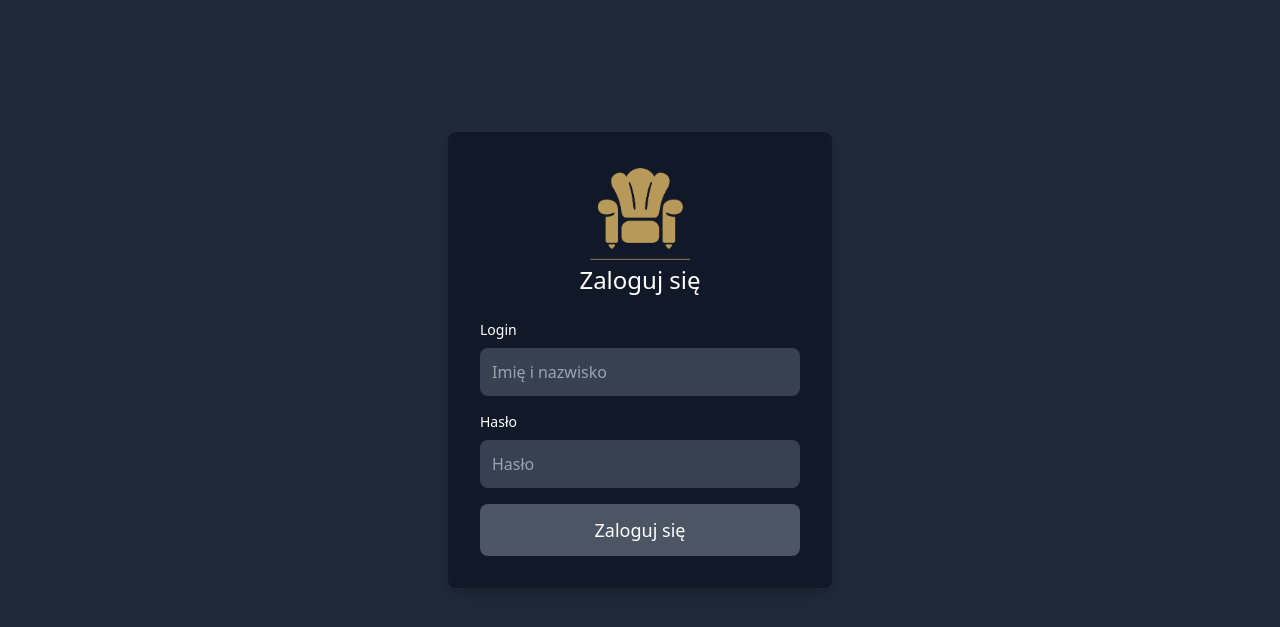
Repository: DaveCala/AplikacjaMeble
Page: http://localhost/login/login_form.php
These files come from the project's save history. The page is drawn as it stood at one moment and after the next save; the edit follows.
The browser window is 1280 px wide. The pictures show the whole page.
Some web libraries are served in a nearby version. The page is run by PHP 8.4 with error messages shown; the project is at /var/www/html/.

Above is the page before, as saved 2024-11-29 11:26:22.

After the next save:
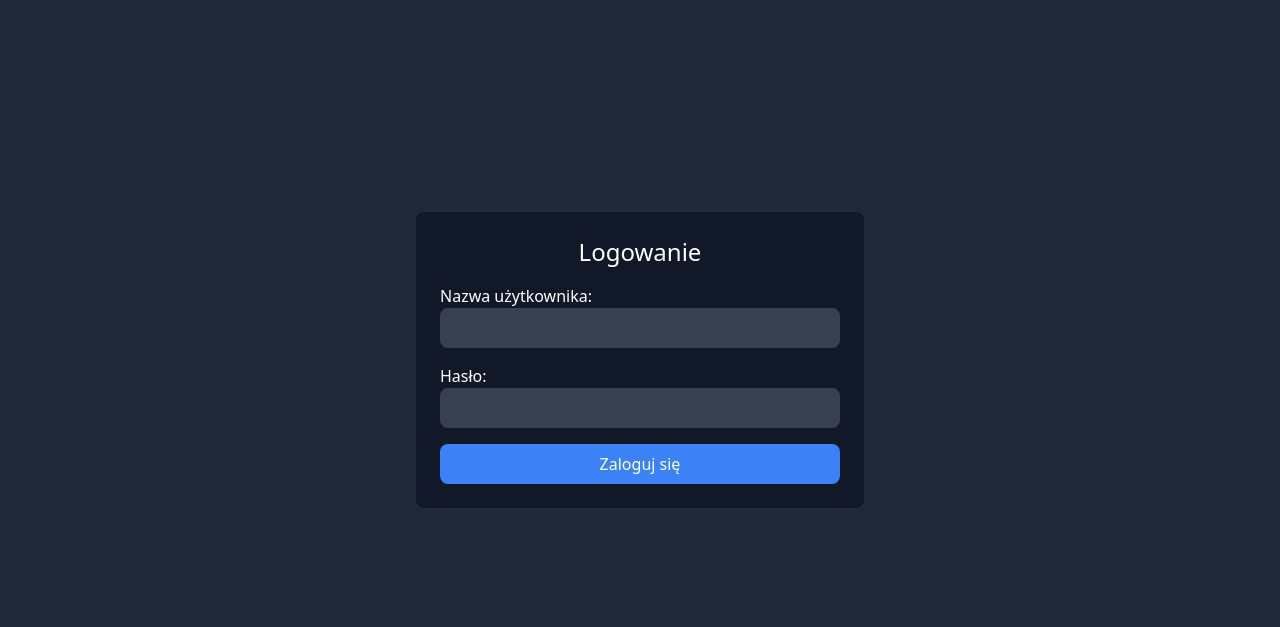
Saved 108 s later.
--- a/login/login_form.php
+++ b/login/login_form.php
@@ -1,47 +1,37 @@
 <!DOCTYPE html>
 <html lang="pl">
-
 <head>
     <meta charset="UTF-8">
     <meta name="viewport" content="width=device-width, initial-scale=1.0">
-    <title>Formularz logowania</title>
-    <link href="https://cdn.jsdelivr.net/npm/tailwindcss@2.2.19/dist/tailwind.min.css" rel="stylesheet">
+    <title>Logowanie</title>
+    <script src="https://cdn.tailwindcss.com"></script>
 </head>
+<body class="bg-gray-800 flex items-center justify-center min-h-screen">
 
-<body class="bg-gray-800 text-white flex justify-center items-center min-h-screen m-0">
+    <div class="bg-gray-900 p-6 rounded-lg w-full max-w-md">
+        <h1 class="text-white text-2xl mb-4 text-center">Logowanie</h1>
 
-    <!-- Wyświetlanie komunikatu o błędzie -->
-    <?php if (isset($_SESSION['error_message'])) : ?>
+        <!-- Wyświetlanie komunikatu o błędzie -->
+        <?php if (isset($_SESSION['error_message'])) : ?>
             <div class="bg-red-600 text-white py-2 px-4 rounded-lg mb-4">
                 <?php echo htmlspecialchars($_SESSION['error_message']); ?>
             </div>
             <?php unset($_SESSION['error_message']); // Usuwamy komunikat po wyświetleniu ?>
-    <?php endif; ?>
-
-    <form action="login.php" method="POST" class="bg-gray-900 p-8 rounded-lg shadow-lg w-full max-w-sm">
-        <div class="flex justify-center items-center">
-            <img src="../img/logo_beautysofa_24_pionowe.png" style="width: 100px; height: 100px; object-fit: contain;" alt="Logo BeautySofa">
-        </div>
-        <h2 class="text-2xl text-center mb-6">Zaloguj się</h2>
-
-        <label for="username" class="block text-sm mb-2">Login</label>
-        <input type="text" id="username" name="username" placeholder="Imię i nazwisko"
-            class="w-full p-3 mb-4 rounded-lg bg-gray-700 text-white placeholder-gray-400 focus:outline-none focus:ring-2 focus:ring-blue-500" required>
-
-        <label for="password" class="block text-sm mb-2">Hasło</label>
-        <input type="password" id="password" name="password" placeholder="Hasło"
-            class="w-full p-3 mb-4 rounded-lg bg-gray-700 text-white placeholder-gray-400 focus:outline-none focus:ring-2 focus:ring-blue-500" required>
-
-        <?php if (isset($_GET['error'])): ?>
-            <p class="text-red-500 text-sm mb-4">Nieprawidłowy login lub hasło!</p>
         <?php endif; ?>
 
-        <button type="submit"
-            class="w-full py-3 bg-gray-600 rounded-lg text-white text-lg hover:bg-gray-500 focus:outline-none focus:ring-2 focus:ring-blue-500">
-            Zaloguj się
-        </button>
-    </form>
+        <!-- Formularz logowania -->
+        <form method="POST" action="index.php">
+            <div class="mb-4">
+                <label for="username" class="block text-white">Nazwa użytkownika:</label>
+                <input type="text" name="username" id="username" class="w-full py-2 px-4 rounded-lg bg-gray-700 text-white" value="<?php echo isset($username) ? htmlspecialchars($username) : ''; ?>">
+            </div>
+            <div class="mb-4">
+                <label for="password" class="block text-white">Hasło:</label>
+                <input type="password" name="password" id="password" class="w-full py-2 px-4 rounded-lg bg-gray-700 text-white">
+            </div>
+            <button type="submit" class="w-full bg-blue-500 py-2 px-4 rounded-lg text-white hover:bg-blue-600">Zaloguj się</button>
+        </form>
+    </div>
 
 </body>
-
 </html>

After the save that followed:
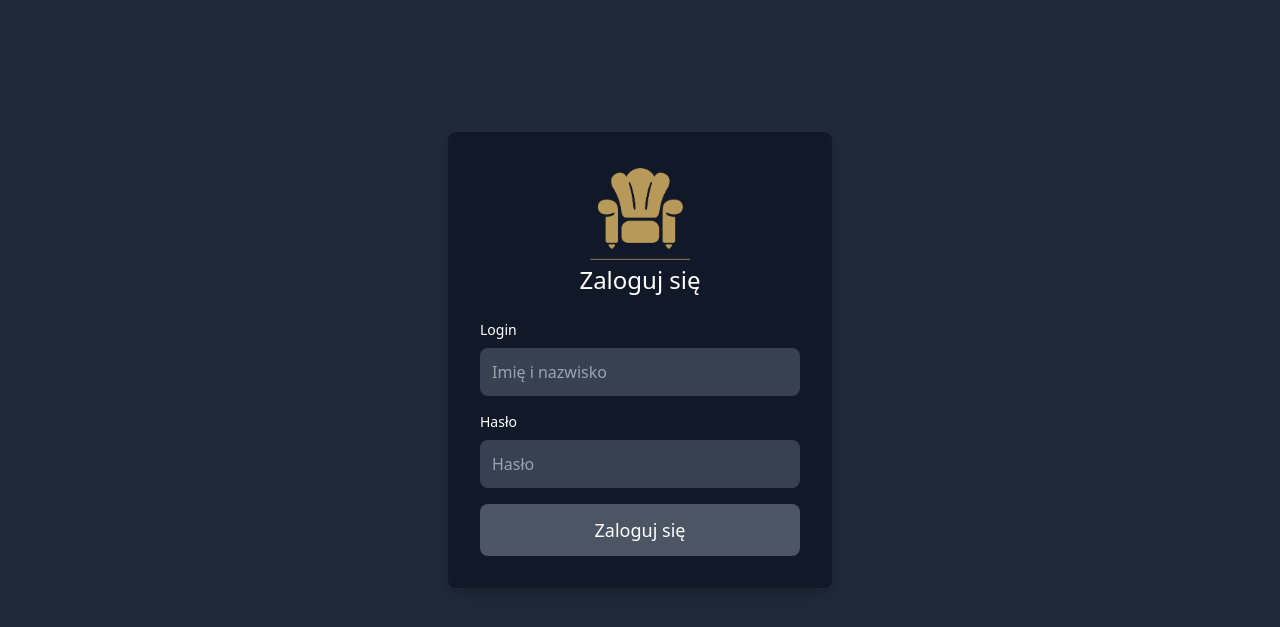
Saved 19 s later.
--- a/login/login_form.php
+++ b/login/login_form.php
@@ -1,37 +1,47 @@
 <!DOCTYPE html>
 <html lang="pl">
+
 <head>
     <meta charset="UTF-8">
     <meta name="viewport" content="width=device-width, initial-scale=1.0">
-    <title>Logowanie</title>
-    <script src="https://cdn.tailwindcss.com"></script>
+    <title>Formularz logowania</title>
+    <link href="https://cdn.jsdelivr.net/npm/tailwindcss@2.2.19/dist/tailwind.min.css" rel="stylesheet">
 </head>
-<body class="bg-gray-800 flex items-center justify-center min-h-screen">
 
-    <div class="bg-gray-900 p-6 rounded-lg w-full max-w-md">
-        <h1 class="text-white text-2xl mb-4 text-center">Logowanie</h1>
+<body class="bg-gray-800 text-white flex justify-center items-center min-h-screen m-0">
 
-        <!-- Wyświetlanie komunikatu o błędzie -->
-        <?php if (isset($_SESSION['error_message'])) : ?>
+    <!-- Wyświetlanie komunikatu o błędzie -->
+    <?php if (isset($_SESSION['error_message'])) : ?>
             <div class="bg-red-600 text-white py-2 px-4 rounded-lg mb-4">
                 <?php echo htmlspecialchars($_SESSION['error_message']); ?>
             </div>
             <?php unset($_SESSION['error_message']); // Usuwamy komunikat po wyświetleniu ?>
+    <?php endif; ?>
+
+    <form action="login.php" method="POST" class="bg-gray-900 p-8 rounded-lg shadow-lg w-full max-w-sm">
+        <div class="flex justify-center items-center">
+            <img src="../img/logo_beautysofa_24_pionowe.png" style="width: 100px; height: 100px; object-fit: contain;" alt="Logo BeautySofa">
+        </div>
+        <h2 class="text-2xl text-center mb-6">Zaloguj się</h2>
+
+        <label for="username" class="block text-sm mb-2">Login</label>
+        <input type="text" id="username" name="username" placeholder="Imię i nazwisko"
+            class="w-full p-3 mb-4 rounded-lg bg-gray-700 text-white placeholder-gray-400 focus:outline-none focus:ring-2 focus:ring-blue-500" required>
+
+        <label for="password" class="block text-sm mb-2">Hasło</label>
+        <input type="password" id="password" name="password" placeholder="Hasło"
+            class="w-full p-3 mb-4 rounded-lg bg-gray-700 text-white placeholder-gray-400 focus:outline-none focus:ring-2 focus:ring-blue-500" required>
+
+        <?php if (isset($_GET['error'])): ?>
+            <p class="text-red-500 text-sm mb-4">Nieprawidłowy login lub hasło!</p>
         <?php endif; ?>
 
-        <!-- Formularz logowania -->
-        <form method="POST" action="index.php">
-            <div class="mb-4">
-                <label for="username" class="block text-white">Nazwa użytkownika:</label>
-                <input type="text" name="username" id="username" class="w-full py-2 px-4 rounded-lg bg-gray-700 text-white" value="<?php echo isset($username) ? htmlspecialchars($username) : ''; ?>">
-            </div>
-            <div class="mb-4">
-                <label for="password" class="block text-white">Hasło:</label>
-                <input type="password" name="password" id="password" class="w-full py-2 px-4 rounded-lg bg-gray-700 text-white">
-            </div>
-            <button type="submit" class="w-full bg-blue-500 py-2 px-4 rounded-lg text-white hover:bg-blue-600">Zaloguj się</button>
-        </form>
-    </div>
+        <button type="submit"
+            class="w-full py-3 bg-gray-600 rounded-lg text-white text-lg hover:bg-gray-500 focus:outline-none focus:ring-2 focus:ring-blue-500">
+            Zaloguj się
+        </button>
+    </form>
 
 </body>
+
 </html>
